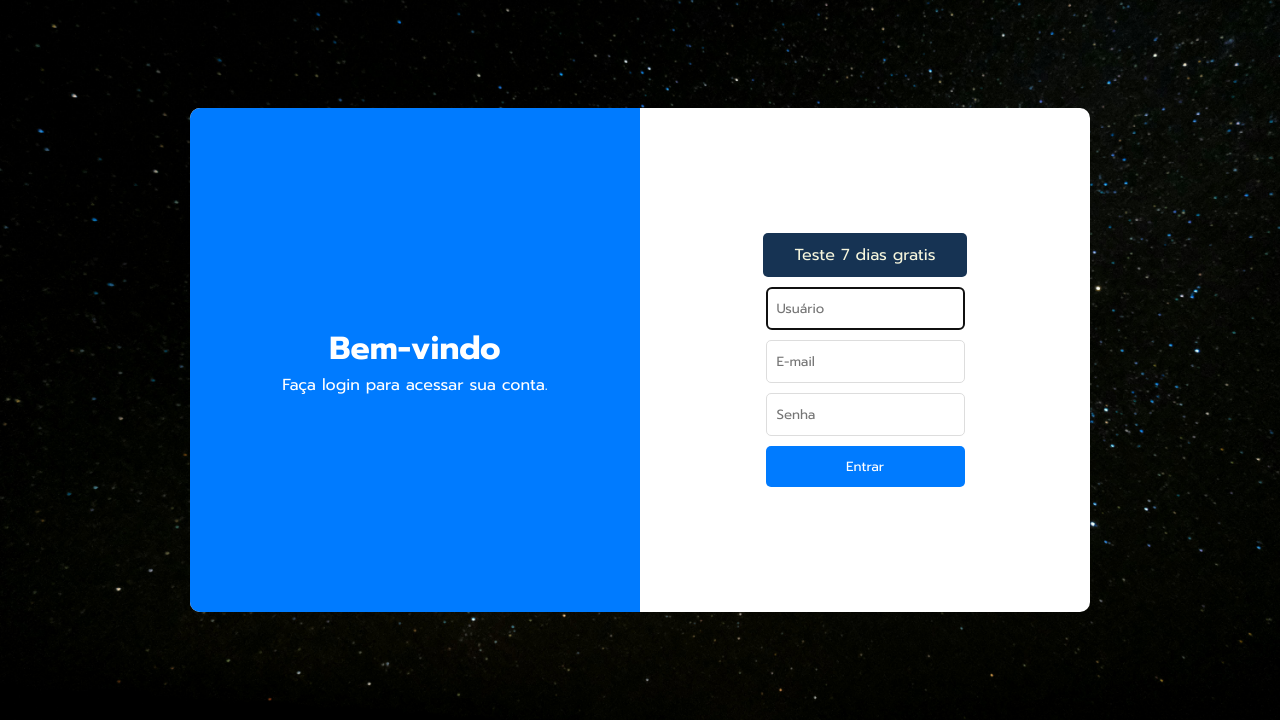
Repository: joao-paulo-paiva/tela-login
Page: index.html
The author's editor kept a copy of each file at every save. The page is drawn from the files as they stood at one save, then again after the next save.
The browser window is 1280 px wide. The pictures show the whole page.
The first visible `input` has the focus.

Above is the page before, as saved 2025-04-16 08:40:28.

After the next save:
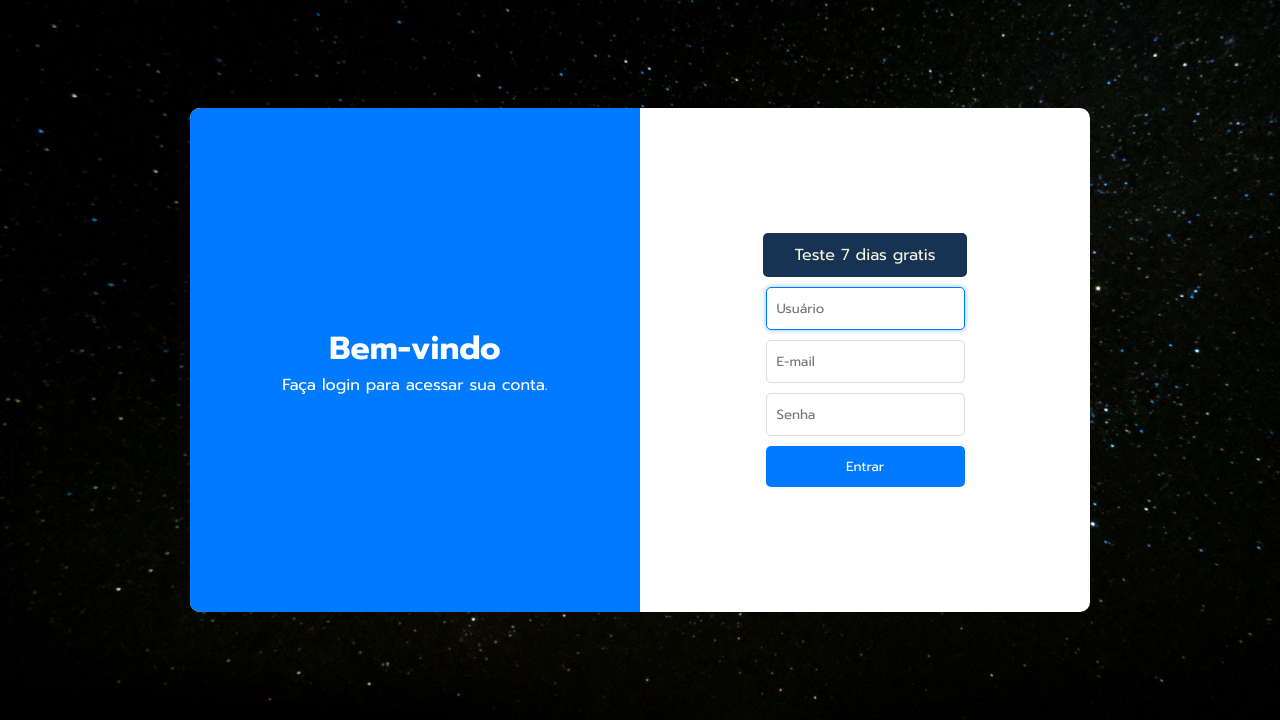
Saved 4 s later.
--- a/style.css
+++ b/style.css
@@ -55,6 +55,11 @@ input {
     border: 1px solid #ddd;
     border-radius: 5px;
 }
+input:focus {
+    outline: none;
+    border-color: #007bff;
+    box-shadow: 0 0 5px rgba(0, 123, 255, 0.5);
+}
 
 .teste-gratis {
     display: flex;
